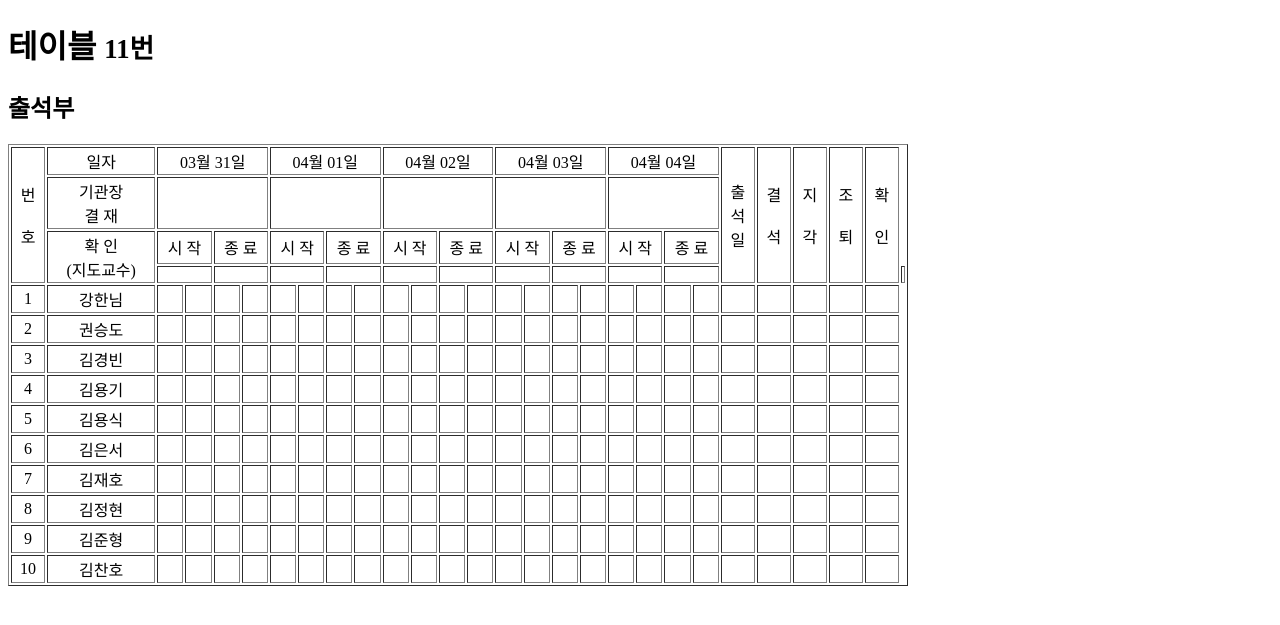
Repository: kmd192kmd/Web
Page: html/HtmlTest/src/main/webapp/ex16_table.html
The author's editor kept a copy of each file at every save. The page is drawn from the files as they stood at one save, then again after the next save.
The browser window is 1280 px wide. The pictures show the whole page.

Above is the page before, as saved 2026-02-13 07:34:55.

After the next save:
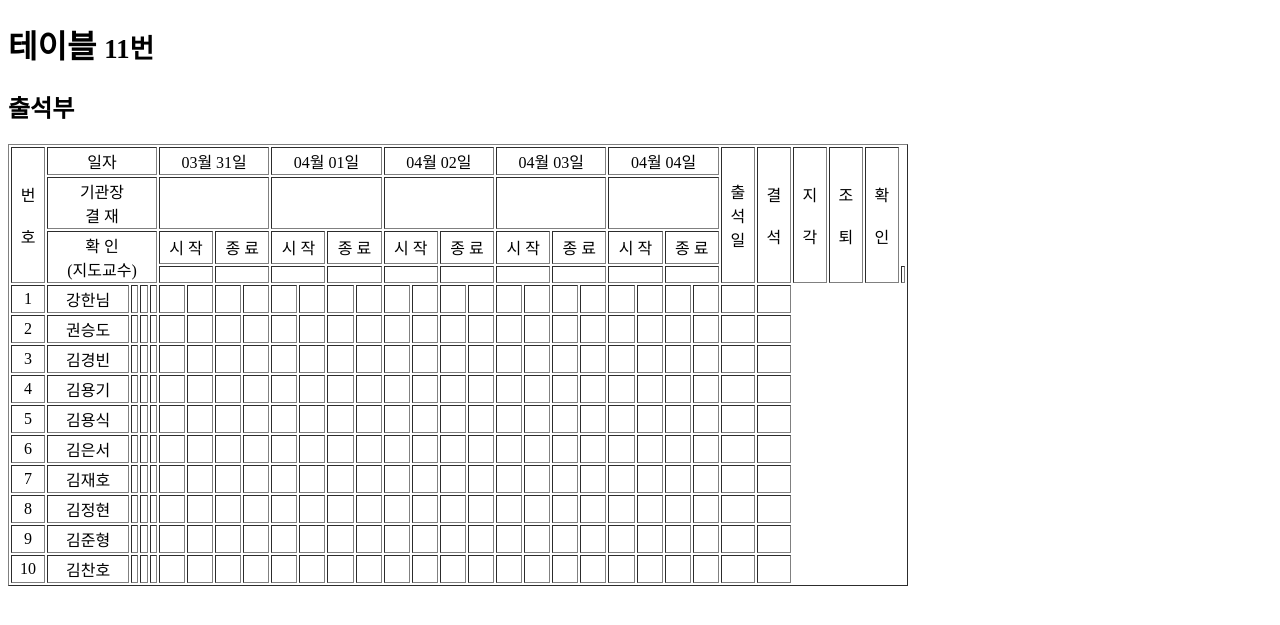
Saved 2 min 55 s later.
--- a/html/HtmlTest/src/main/webapp/ex16_table.html
+++ b/html/HtmlTest/src/main/webapp/ex16_table.html
@@ -92,7 +92,7 @@
 		</tr>
 		<tr>
 			<td align="center">1</td>
-			<td colspan="4" align="center">강한님</td>
+			<td align="center">강한님</td>
 			<td></td>
 			<td></td>
 			<td></td>
@@ -121,7 +121,7 @@
 		</tr>
 		<tr>
 			<td align="center">2</td>
-			<td colspan="4" align="center">권승도</td>
+			<td align="center">권승도</td>
 			<td></td>
 			<td></td>
 			<td></td>
@@ -150,7 +150,7 @@
 		</tr>
 		<tr>
 			<td align="center">3</td>
-			<td colspan="4" align="center">김경빈</td>
+			<td align="center">김경빈</td>
 			<td></td>
 			<td></td>
 			<td></td>
@@ -179,7 +179,7 @@
 		</tr>
 		<tr>
 			<td align="center">4</td>
-			<td colspan="4" align="center">김용기</td>
+			<td align="center">김용기</td>
 			<td></td>
 			<td></td>
 			<td></td>
@@ -208,7 +208,7 @@
 		</tr>
 		<tr>
 			<td align="center">5</td>
-			<td colspan="4" align="center">김용식</td>
+			<td align="center">김용식</td>
 			<td></td>
 			<td></td>
 			<td></td>
@@ -237,7 +237,7 @@
 		</tr>
 		<tr>
 			<td align="center">6</td>
-			<td colspan="4" align="center">김은서</td>
+			<td align="center">김은서</td>
 			<td></td>
 			<td></td>
 			<td></td>
@@ -266,7 +266,7 @@
 		</tr>
 		<tr>
 			<td align="center">7</td>
-			<td colspan="4" align="center">김재호</td>
+			<td align="center">김재호</td>
 			<td></td>
 			<td></td>
 			<td></td>
@@ -295,7 +295,7 @@
 		</tr>
 		<tr>
 			<td align="center">8</td>
-			<td colspan="4" align="center">김정현</td>
+			<td align="center">김정현</td>
 			<td></td>
 			<td></td>
 			<td></td>
@@ -324,7 +324,7 @@
 		</tr>
 		<tr>
 			<td align="center">9</td>
-			<td colspan="4" align="center">김준형</td>
+			<td align="center">김준형</td>
 			<td></td>
 			<td></td>
 			<td></td>
@@ -353,7 +353,7 @@
 		</tr>
 		<tr>
 			<td align="center">10</td>
-			<td colspan="4" align="center">김찬호</td>
+			<td align="center">김찬호</td>
 			<td></td>
 			<td></td>
 			<td></td>

After the save that followed:
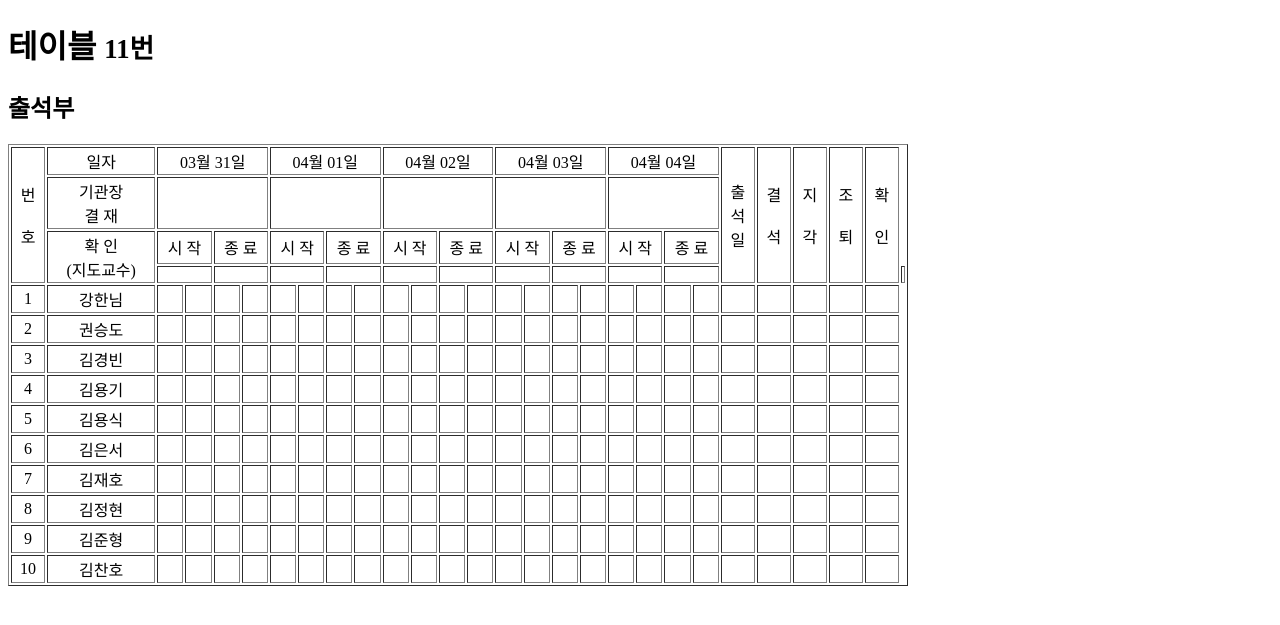
Saved 23 s later.
--- a/html/HtmlTest/src/main/webapp/ex16_table.html
+++ b/html/HtmlTest/src/main/webapp/ex16_table.html
@@ -92,7 +92,7 @@
 		</tr>
 		<tr>
 			<td align="center">1</td>
-			<td align="center">강한님</td>
+			<td colspan="4" align="center">강한님</td>
 			<td></td>
 			<td></td>
 			<td></td>
@@ -121,7 +121,7 @@
 		</tr>
 		<tr>
 			<td align="center">2</td>
-			<td align="center">권승도</td>
+			<td colspan="4" align="center">권승도</td>
 			<td></td>
 			<td></td>
 			<td></td>
@@ -150,7 +150,7 @@
 		</tr>
 		<tr>
 			<td align="center">3</td>
-			<td align="center">김경빈</td>
+			<td colspan="4" align="center">김경빈</td>
 			<td></td>
 			<td></td>
 			<td></td>
@@ -179,7 +179,7 @@
 		</tr>
 		<tr>
 			<td align="center">4</td>
-			<td align="center">김용기</td>
+			<td colspan="4" align="center">김용기</td>
 			<td></td>
 			<td></td>
 			<td></td>
@@ -208,7 +208,7 @@
 		</tr>
 		<tr>
 			<td align="center">5</td>
-			<td align="center">김용식</td>
+			<td colspan="4" align="center">김용식</td>
 			<td></td>
 			<td></td>
 			<td></td>
@@ -237,7 +237,7 @@
 		</tr>
 		<tr>
 			<td align="center">6</td>
-			<td align="center">김은서</td>
+			<td colspan="4" align="center">김은서</td>
 			<td></td>
 			<td></td>
 			<td></td>
@@ -266,7 +266,7 @@
 		</tr>
 		<tr>
 			<td align="center">7</td>
-			<td align="center">김재호</td>
+			<td colspan="4" align="center">김재호</td>
 			<td></td>
 			<td></td>
 			<td></td>
@@ -295,7 +295,7 @@
 		</tr>
 		<tr>
 			<td align="center">8</td>
-			<td align="center">김정현</td>
+			<td colspan="4" align="center">김정현</td>
 			<td></td>
 			<td></td>
 			<td></td>
@@ -324,7 +324,7 @@
 		</tr>
 		<tr>
 			<td align="center">9</td>
-			<td align="center">김준형</td>
+			<td colspan="4" align="center">김준형</td>
 			<td></td>
 			<td></td>
 			<td></td>
@@ -353,7 +353,7 @@
 		</tr>
 		<tr>
 			<td align="center">10</td>
-			<td align="center">김찬호</td>
+			<td colspan="4" align="center">김찬호</td>
 			<td></td>
 			<td></td>
 			<td></td>
